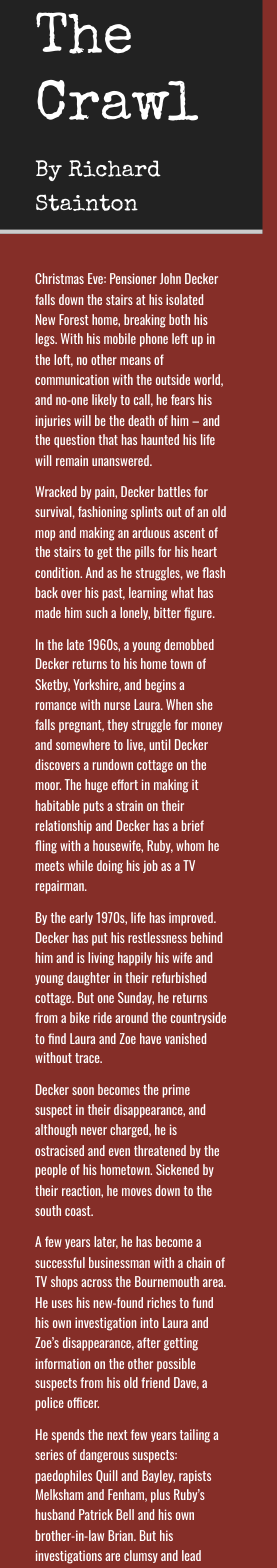
Repository: Domehead123/crawl
Page: index.html
The author's editor kept a record of every edit. The page is drawn from the files as they stood at one moment, then again after the next edit.
The browser window is 375 px wide. The page is 395 px wide, so the pictures cover 395 px, including what lies to the right of the window. The pictures show the part of the page from y = 0 to 2240 px (the page is 3287 px tall before and 3317 px after), at 70% of full size.

Above is the page before.

### index.html
<!DOCTYPE html>
<html lang="en">
<head>
    <meta charset="UTF-8">
    <meta name="viewport" content="width=device-width, initial-scale=1.0">
    <meta http-equiv="X-UA-Compatible" content="ie=edge">
    <link rel="stylesheet" href="https://stackpath.bootstrapcdn.com/bootstrap/4.4.1/css/bootstrap.min.css" integrity="sha384-Vkoo8x4CGsO3+Hhxv8T/Q5PaXtkKtu6ug5TOeNV6gBiFeWPGFN9MuhOf23Q9Ifjh" crossorigin="anonymous">
    <link href="https://fonts.googleapis.com/css?family=Oswald|Special+Elite&display=swap" rel="stylesheet">
    <link rel="stylesheet" href="assets/css/style.css" type="text/css" />
    <title>The Crawl</title>
</head>
<body>
    <header>
        <div class="title"><h1>The Crawl</h1></div>
        <div class="author">By Richard Stainton</div>
    </header>
    <main>
        <p>Christmas Eve: Pensioner John Decker falls down the stairs at his isolated New Forest home, breaking both his legs. With his mobile phone left up in the loft, no other means of communication with the outside world, and no-one likely to call, he fears his injuries will be the death of him – and the question that has haunted his life will remain unanswered.</p>
<p>Wracked by pain, Decker battles for survival, fashioning splints out of an old mop and making an arduous ascent of the stairs to get the pills for his heart condition. And as he struggles, we flash back over his past, learning what has made him such a lonely, bitter figure.</p>
<p>In the late 1960s, a young demobbed Decker returns to his home town of Sketby, Yorkshire, and begins a romance with nurse Laura. When she falls pregnant, they struggle for money and somewhere to live, until Decker discovers a rundown cottage on the moor. The huge effort in making it habitable puts a strain on their relationship and Decker has a brief fling with a housewife, Ruby, whom he meets while doing his job as a TV repairman.</p>
<p>By the early 1970s, life has improved. Decker has put his restlessness behind him and is living happily his wife and young daughter in their refurbished cottage. But one Sunday, he returns from a bike ride around the countryside to find Laura and Zoe have vanished without trace.</p>
<p>Decker soon becomes the prime suspect in their disappearance, and although never charged, he is ostracised and even threatened by the people of his hometown. Sickened by their reaction, he moves down to the south coast.</p>
<p>A few years later, he has become a successful businessman with a chain of TV shops across the Bournemouth area. He uses his new-found riches to fund his own investigation into Laura and Zoe’s disappearance, after getting information on the other possible suspects from his old friend Dave, a police officer.</p>
<p>He spends the next few years tailing a series of dangerous suspects: paedophiles Quill and Bayley, rapists Melksham and Fenham, plus Ruby’s husband Patrick Bell and his own brother-in-law Brian. But his investigations are clumsy and lead nowhere, only making him more bitter and leading to the eventual break-up of his relationship with one of his employees, Penny.</p>
<p>Back in the present day, Decker tries to distract himself from the constant pain by going over the old case files one more time. He learns nothing new but then one of Zoe’s old drawings makes him suddenly realise the truth. He now knows who took Laura and Zoe but he fears dying alone without ever exposing the killer.</p>
<p>His only choice is to spend his Christmas Day taking a long crawl through the New Forest to the nearest road, in the hope he can flag down a passing car. But when it begins to rain heavily, it seems he might not survive for his confrontation with the man who murdered his wife and child…</p>

    </main>
    <side>
        <img src="assets/images/trees-mono.jpg">
        <div class="downloads">
        <p>The book is available to download from Amazon for just 99p. If you really can't afford that mammoth price, there is a free download here. But at least do me a favour of then leaving a review on Amazon.</p>
        <div class="button" href="https://www.amazon.co.uk/Crawl-Richard-Stainton-ebook/dp/B0841PFPQ1/ref=sr_1_1?keywords=the+crawl+richard+stainton&qid=1584789270&sr=8-1">Amazon</div>
        <div class="button">Free download</div>
    </side>
</body>
</html>

### assets/css/style.css
body {
 background: #852e28;
  font-family: 'Oswald', sans-serif;
  color: #fff;
  margin: 0;
}

header {
    background: #222;
    border-bottom: 6px solid #ccc;
    box-sizing: border-box;
    padding: 10px 0 10px 50px;
}

h1 {
    font-family: 'Special Elite', cursive;
    font-size: 5em;
}

h2 {
    font-family: 'Special Elite', cursive;
    font-size: 1.8em;
}

.title {
  color: #fff;
  display: inline-block;
  width: auto;
  margin: 0 20px 0 0;
}

.author {
    color: #fff;
  font-family: 'Special Elite', cursive;
  font-size: 2em;
  display: inline-block;
  width: 40%;
}

main {
    font-size: 1.2em;
    padding: 50px;
    width: 66%;
    display: inline-block;
    vertical-align: top;
    box-sizing: border-box;
}

main p:first-of-type {
    margin-top: 0;
}

main p:last-of-type {
    margin-bottom: 0;
}

side {
    width: 30%;
    display: inline-block;
    vertical-align: top;
    padding: 50px 0 0 0;
    box-sizing: border-box;
}

side img {
    width: 100%;
    border: 1px solid #ccc;
    opacity: 0.9;
}

.downloads {
    background: #222;
    border: 2px solid #ccc;
    border-radius: 10px;
    padding: 0 20px 20px 20px;
    margin-top: 30px;
    box-sizing: border-box;
}

.button {
    background: #ccc;
    color: #222;
    border-radius: 5px;
    width: 300px;
    padding: 7px;
    font-size: 1.2em;
    box-sizing: border-box;
    text-align: center;
    margin: 20px auto;
    transition: 0.4s all;
    max-width: 100%;
    cursor: pointer;
}

.button:hover {
    background: #eee;
}

.button a {
    display: inline-block;
    width: 100%;
    height: 100%;
    text-decoration: none;
    transition: 0.4s all;
    color: #222;
}

.button:hover a {
     text-decoration: underline;
}

@media only screen and (max-width: 600px) {

  h1 {
      margin-bottom: 20px;
      }


 .title {
      width: 100%;

      }

  .author {
      width: 100%;
  }

  main {
    width: 100%;
    margin: 0;
  }

   side {
    width: 100%;
    padding: 0;
    margin: 0;
  }

  side img {
      display: none;
  }

  .downloads {
      margin: 0 50px 50px 50px;
  }

}

After the next edit:
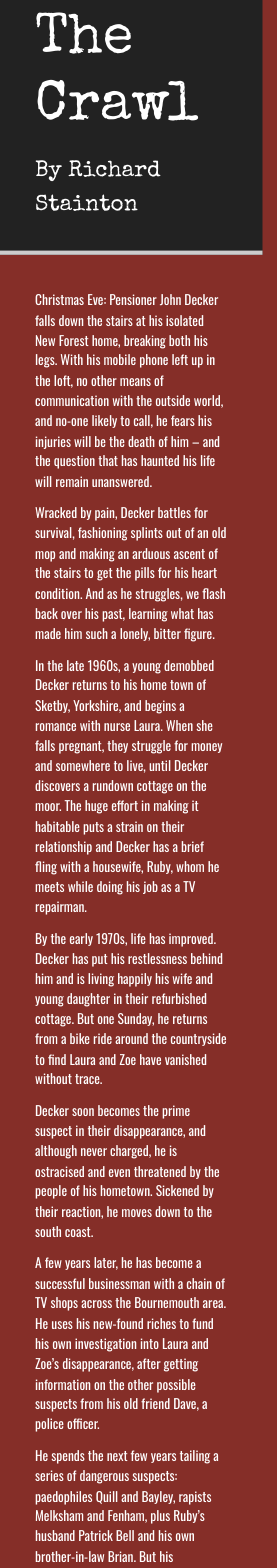
The edit:
--- a/assets/css/style.css
+++ b/assets/css/style.css
@@ -123,6 +123,7 @@
 
   .author {
       width: 100%;
+      margin-bottom: 30px;
   }
 
   main {
